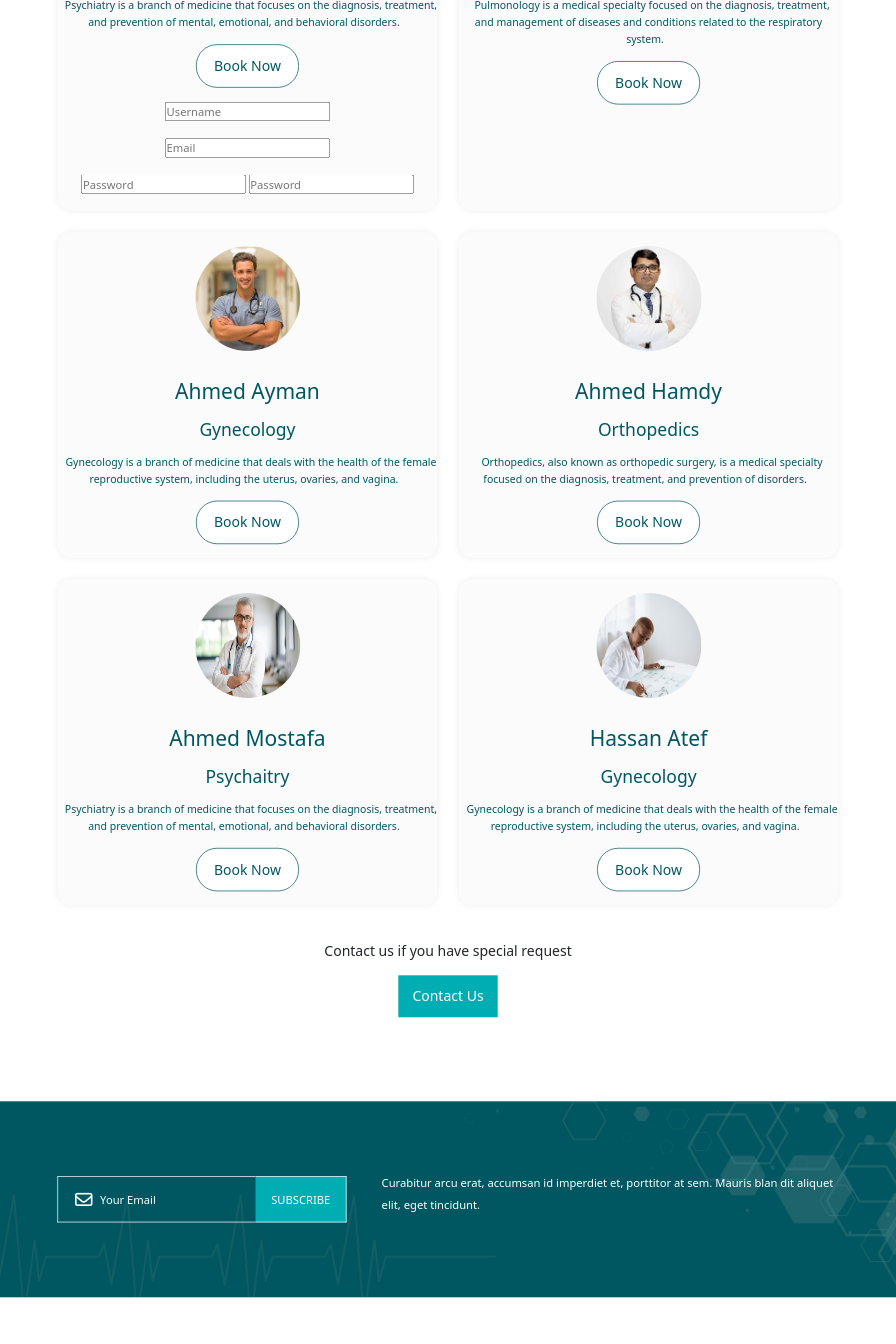
Repository: Ahmed123rezk123/Clinic
Page: index.html
These files come from the project's save history. The page is drawn as it stood at one moment and after the next save; the edit follows.
The browser window is 1280 px wide. The pictures show the part of the page from y = 2945 to 4865 px (the page is 6171 px tall before and 6199 px after), at 70% of full size.
Some web fonts or font styles are not loaded; a fallback is used.

Above is the page before, as saved 2024-04-26 18:12:54.

### index.html
<!DOCTYPE html>
<html lang="en">
  <head>
    <meta charset="UTF-8" />
    <meta name="viewport" content="width=device-width, initial-scale=1.0" />
    <title>Clinic</title>
    <!-- Render All Elements Normally -->
    <link rel="stylesheet" href="css/normalize.css" />
    <!-- Font Awesome Library -->
    <link rel="stylesheet" href="css/all.min.css" />
    <!-- Main Temlate css file -->
    <link rel="stylesheet" href="css/style.css" />
    <!-- Google Fonts -->
    <link rel="preconnect" href="https://fonts.googleapis.com" />
    <link rel="preconnect" href="https://fonts.gstatic.com" crossorigin />
    <link
      href="https://fonts.googleapis.com/css2?family=Edu+TAS+Beginner:wght@500&family=Open+Sans:wght@400;700&display=swap"
      rel="stylesheet"
    />
    <link href="https://cdn.jsdelivr.net/npm/bootstrap@5.3.2/dist/css/bootstrap.min.css" rel="stylesheet">
  </head>
  <body>
    <!-- Start Header -->
    <header>
      <div class="container" id="top">
        <a href="#" class="logo">
          <img src="images/logo.svg" alt="Logo" />
        </a>
        <nav>
          <i class="fas fa-bars menu"></i>
          <ul>
            <li><a href="#" class="active">Home</a></li>
            <li><a href="#">Services</a></li>
            <li><a href="#">Doctors</a></li>
            <li><a href="#">Blog</a></li>
            <li><a href="#">Contact</a></li>
          </ul>
          <div class="form">
            <i class="fas fa-search"></i>
          </div>
        </nav>
      </div>
    </header>
    <!-- End Header -->
    <!-- Start Landing -->
    <section class="landing">
      <div class="overlay">
        <div class="text">
          <div class="content">
            <h2>
              Welcome To Doclab<br />
              We get will soon
            </h2>
            <p>
              The new Doclab Hydro Renewal Ampoule is the latest K-Beauty secret
              of skin renewal and revitalization invention.
            </p>
          </div>
        </div>
        <img class="img-doctor" src="images/hero-banner.png" alt="" />
      </div>
      <i class="fas fa-angle-left icon1 fa-2x"></i>
      <i class="fas fa-angle-right icon2 fa-2x"></i>
      <ul class="bullets">
        <li></li>
        <li class="active"></li>
        <li></li>
      </ul>
    </section>
    <!-- End Landing -->
    <!-- Start Services -->
    <section class="services">
      <div class="container">
        <div class="main-content">
          <h2>Services</h2>
          <p>
            The new Doclab Hydro Renewal Ampoule is the latest K-Beauty secret
            of skin renewal and revitalization.
          </p>
        </div>
        <div class="services-content">
          <div class="div-content">
            <img src="images/icon-1.png" alt="" />
            <div class="text">
              <h2>Psychaitry</h2>
              <p>
                Psychiatry is a branch of medicine that focuses on the
                diagnosis, treatment, and prevention of mental, emotional, and
                behavioral disorders.
              </p>
            </div>
          </div>
          <div class="div-content">
            <img src="images/icon-2.png" alt="" />
            <div class="text">
              <h2>Gynecology</h2>
              <p>
                Gynecology is a branch of medicine that deals with the health of
                the female reproductive system, including the uterus, ovaries,
                and vagina.
              </p>
            </div>
          </div>
          <div class="div-content">
            <img src="images/icon-3.png" alt="" />
            <div class="text">
              <h2>Pulmonology</h2>
              <p>
                Pulmonology is a medical specialty focused on the diagnosis,
                treatment, and management of diseases and conditions related to
                the respiratory system.
              </p>
            </div>
          </div>
          <div class="div-content">
            <img src="images/icon-4.png" alt="" />
            <div class="text">
              <h2>Orthopedics</h2>
              <p>
                Orthopedics, also known as orthopedic surgery, is a medical
                specialty focused on the diagnosis, treatment, and prevention of
                disorders.
              </p>
            </div>
          </div>
        </div>
      </div>
    </section>
    <!-- End Services -->
    <!-- Start Design -->
    <section class="design">
      <div class="overlay">
        <div class="image">
          <!-- <img src="images/mobile.png" alt="" /> -->
        </div>
        <div class="text">
          <div class="content">
            <h2>Doctors Are Doing As Team . . .</h2>
            <div class="div-icon">
              <div class="div-content">
                <img src="images/icon-1.png" alt="" />
                <span>Dr: Ahmed Atef</span>
              </div>
              <div class="div-content">
                <img src="images/icon-2.png" alt="" />
                <span>Dr: Ahmed Ayman</span>
              </div>
              <div class="div-content">
                <img src="images/icon-3.png" alt="" />
                <span>Dr: Ahmed Mostafa</span>
              </div>
              <div class="div-content">
                <img src="images/icon-4.png" alt="" />
                <span>Dr: Ahmed Hamdy</span>
              </div>
            </div>
          </div>
        </div>
      </div>
    </section>
    <!-- End Design -->

    <!-- Start Princing -->
    <script>
      function book(){
        document.write("<form>")
          document.write("<input type=text placeholder=Username> <br/><br/>")
          document.write("<input type=email placeholder=Email><br/><br/>")
          document.write("<input type=password placeholder=Password><br/><br/>")
          document.write("<input type=submit value=submit><br/>")
        document.write("</form>")
      }
    </script>

    <div class="princing">
      <div class="container">
        <div class="main-content">
          <h2>Blog</h2>
          <p>
            Lorem ipsum dolor sit amet consectetur adipisicing elit. Numquam,
            laborum ipsum adipisci perspiciatis dolorum.
          </p>
        </div>
        <div class="content">
        <div class="box">
          <div class="image">
            <img src="images/health-care.png" alt="">
          </div>
          <div class="text">
            <h2>Ahmed Atef</h2>
            <h4>Psychaitry</h4>
            <span>Psychiatry is a branch of medicine that focuses on the diagnosis, treatment, and prevention of mental, emotional, and behavioral disorders.</span>
          </div>
          <button onclick="book();">Book Now</button>
          <div class="formation">
            <form>
              <input type="text" placeholder="Username">
              <br>
              <br>
              <input type="email" placeholder="Email">
              <br><br>
              <input type="password" placeholder="Password">
              <input type="password" placeholder="Password">
              <br><br>

            </form>
          </div>
        </div>
        <div class="box">
          <div class="image">
            <img src="images/images (1).jfif" alt="">
          </div>
          <div class="text">
            <h2>Ahmed Tarek</h2>
            <h4>Pulmonology</h4>
            <span>Pulmonology is a medical specialty focused on the diagnosis, treatment, and management of diseases and conditions related to the respiratory system.</span>
          </div>
          <button>Book Now</button>
        </div>
        <div class="box">
          <div class="image">
            <img src="images/images (2).jfif" alt="">
          </div>
          <div class="text">
            <h2>Ahmed Ayman</h2>
            <h4>Gynecology</h4>
            <span>Gynecology is a branch of medicine that deals with the health of the female reproductive system, including the uterus, ovaries, and vagina.</span>
          </div>
          <button>Book Now</button>
        </div>
        <div class="box">
          <div class="image">
            <img src="images/images.jfif" alt="">
          </div>
          <div class="text">
            <h2>Ahmed Hamdy</h2>
            <h4>Orthopedics</h4>
            <span>Orthopedics, also known as orthopedic surgery, is a medical specialty focused on the diagnosis, treatment, and prevention of disorders.</span>
          </div>
          <button>Book Now</button>
        </div>
        <div class="box">
          <div class="image">
            <img src="images/doc.jpg" alt="">
          </div>
          <div class="text">
            <h2>Ahmed Mostafa</h2>
            <h4>Psychaitry</h4>
            <span>Psychiatry is a branch of medicine that focuses on the diagnosis, treatment, and prevention of mental, emotional, and behavioral disorders.</span>
          </div>
          <button>Book Now</button>
        </div>
        <div class="box">
          <div class="image">
            <img src="images/laboratories.png" alt="">
          </div>
          <div class="text">
            <h2>Hassan Atef</h2>
            <h4>Gynecology</h4>
            <span>Gynecology is a branch of medicine that deals with the health of the female reproductive system, including the uterus, ovaries, and vagina.</span>
          </div>
          <button>Book Now</button>
        </div>
        </div>
        <p class="parag-content">Contact us if you have special request</p>
        <a href="#" class="lnk">Contact Us</a>
      </div>
    </div>
    <!-- End Princing -->

    <!-- Start Subscribe -->
    <div class="subscribe">
      <div class="container">
        <form action="">
          <i class="far fa-envelope"></i>
          <input type="email" name="mail" placeholder="Your Email" />
          <input type="submit" value="Subscribe" />
        </form>
        <p>
          Curabitur arcu erat, accumsan id imperdiet et, porttitor at sem.
          Mauris blan dit aliquet elit, eget tincidunt.
        </p>
      </div>
    </div>
    <!-- End Subscribe -->
    <!-- Start CONTACT US -->

    <div class="contact">
      <div class="container">
        <div class="main-content">
          <h2>contact us</h2>
          <p>
            Lorem ipsum dolor sit amet consectetur adipisicing elit. Numquam,
            laborum ipsum adipisci perspiciatis dolorum.
          </p>
        </div>
        <div class="content">
          <form action="">
            <input
              class="inp"
              type="text"
              name="name"
              placeholder="Your Name"
            />
            <input
              class="inp"
              type="email"
              name="mail"
              placeholder="Your Email"
            />
            <textarea
              class="inp"
              name="message"
              placeholder="Your Message"
            ></textarea>
            <input type="submit" value="Send Message" />
          </form>
          <div class="text">
            <h4>GET IN TOUCH</h4>
            <span class="phone">+00 123.456.789</span>
            <span class="phone">+00 123.456.789</span>

            <h4>WHERE WE ARE</h4>
            <ul>
              <li>Awesome Address 17</li>
              <li>New York, NYC</li>
              <li>123-4567-890</li>
              <li>USA</li>
            </ul>
          </div>
        </div>
      </div>
    </div>
    <!-- End CONTACT US -->

    <!-- Start Footer -->
    <div class="footer">
      <div class="container">
        <img src="images/logo.svg" alt="Logo" />
        <div class="text">
          <h2>We Are Social</h2>
          <a href="#"><i class="fab fa-facebook-f"></i></a>
          <a href="#"><i class="fab fa-twitter"></i></a>
          <a href="#"> <i class="fas fa-home"></i></a>
          <a href="#"><i class="fab fa-linkedin"></i></a>
        </div>
        <p>&copy; 2024 <span>Clinic</span> All Right Reserved</p>
      </div>
    </div>
    <!-- End Footer -->
    <a href="#top" class="up"><i class="fas fa-arrow-up"></i></a>
  </body>
</html>

Loaded but not shown: css/normalize.css (library); css/all.min.css (library); css/style.css (853 lines, source omitted)

After the next save:
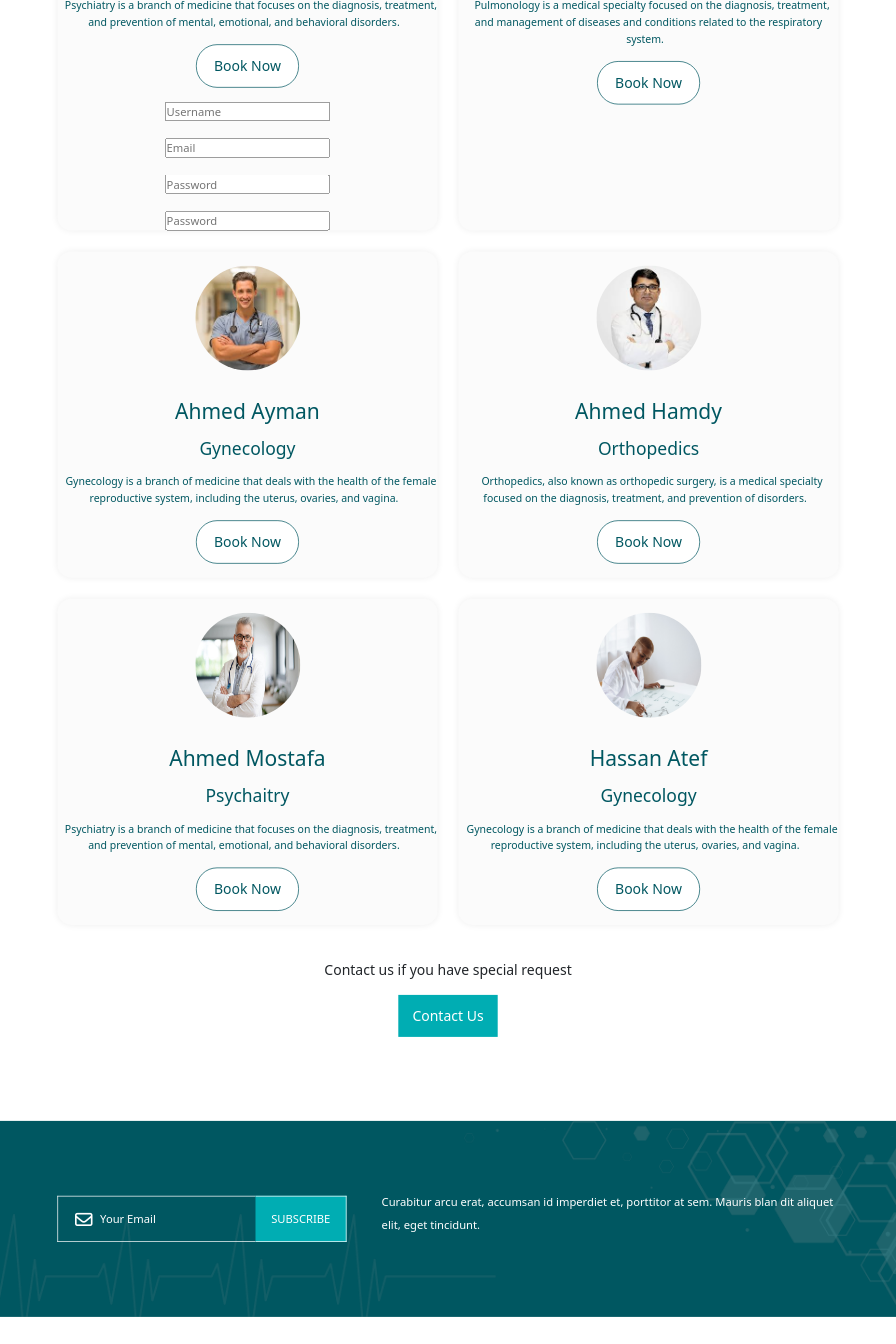
Saved 5 s later.
--- a/index.html
+++ b/index.html
@@ -200,8 +200,8 @@
               <input type="email" placeholder="Email">
               <br><br>
               <input type="password" placeholder="Password">
+              <br><br>
               <input type="password" placeholder="Password">
-              <br><br>
 
             </form>
           </div>
